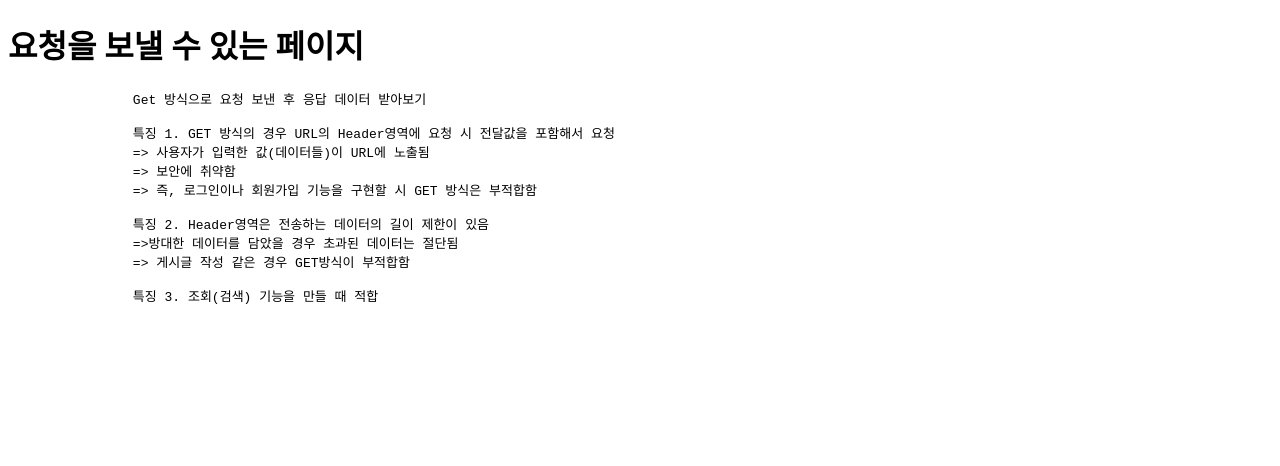
Repository: 1018lmh-hub/java_dynamic
Page: MyFirstWebProject/src/main/webapp/views/request_get.html
An editor plug-in stored every save of this project. The page is shown before and after the next save, followed by the edit.
The browser window is 1280 px wide. The pictures show the whole page.

Above is the page before, as saved 2026-05-04 03:44:43.

After the next save:
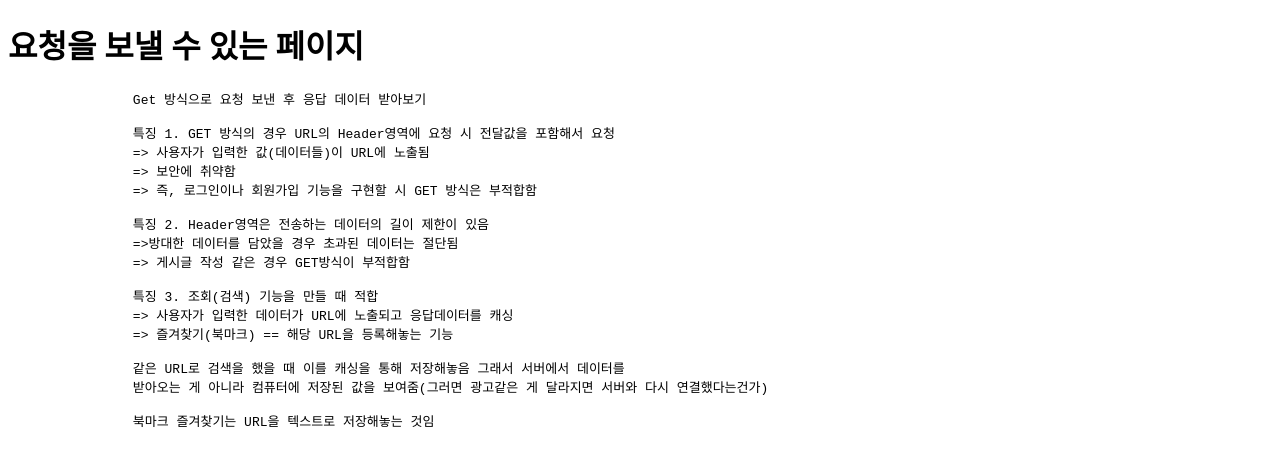
Saved 3 min 51 s later.
--- a/MyFirstWebProject/src/main/webapp/views/request_get.html
+++ b/MyFirstWebProject/src/main/webapp/views/request_get.html
@@ -21,6 +21,13 @@
 		=> 게시글 작성 같은 경우 GET방식이 부적합함
 
 		특징 3. 조회(검색) 기능을 만들 때 적합
+		=> 사용자가 입력한 데이터가 URL에 노출되고 응답데이터를 캐싱
+		=> 즐겨찾기(북마크) == 해당 URL을 등록해놓는 기능
+
+		같은 URL로 검색을 했을 때 이를 캐싱을 통해 저장해놓음 그래서 서버에서 데이터를
+		받아오는 게 아니라 컴퓨터에 저장된 값을 보여줌(그러면 광고같은 게 달라지면 서버와 다시 연결했다는건가)
+
+		북마크 즐겨찾기는 URL을 텍스트로 저장해놓는 것임
 
 	</pre>
 </body>
